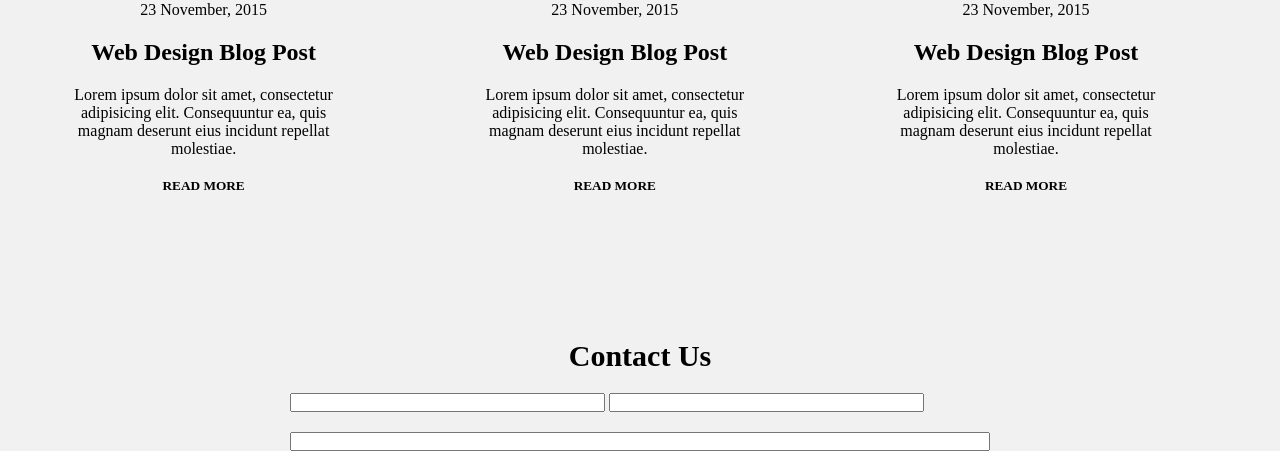
Repository: Ahmedalid/New-project
Page: Rout/index.html
An editor plug-in stored every save of this project. The page is shown before and after the next save, followed by the edit.
The browser window is 1280 px wide. The pictures show the part of the page from y = 3461 to 3912 px (the page is 3912 px tall).
A picture or video elsewhere on the page could not be fetched, so the positions and the page height are approximate.

Above is the page before, as saved 2023-05-24 19:49:49.

After the next save:
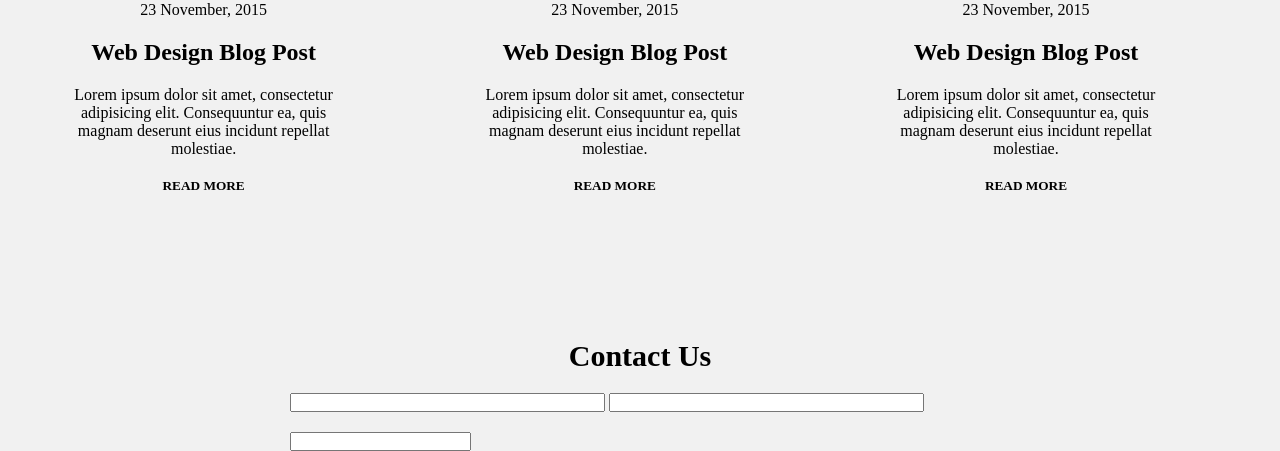
Saved 17 s later.
--- a/Rout/css/style.css
+++ b/Rout/css/style.css
@@ -153,6 +153,7 @@
 .w-5{
     width: 45%;
 }
+.h-inpu
 .w-10{
     width: 100%;
 }

After the save that followed:
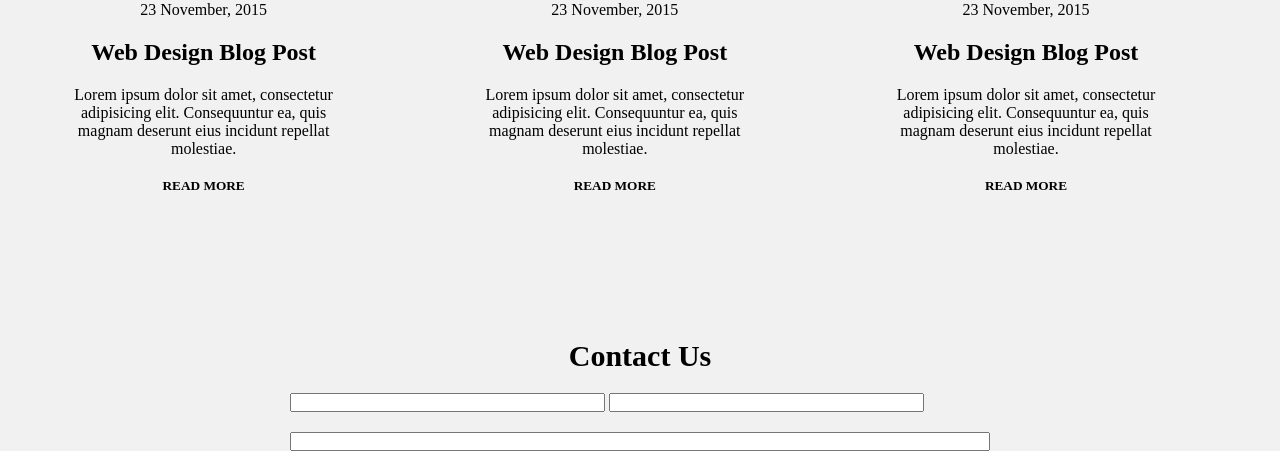
Saved 5 s later.
--- a/Rout/css/style.css
+++ b/Rout/css/style.css
@@ -153,7 +153,9 @@
 .w-5{
     width: 45%;
 }
-.h-inpu
+.h-input{
+    height: 30px;
+}
 .w-10{
     width: 100%;
 }
